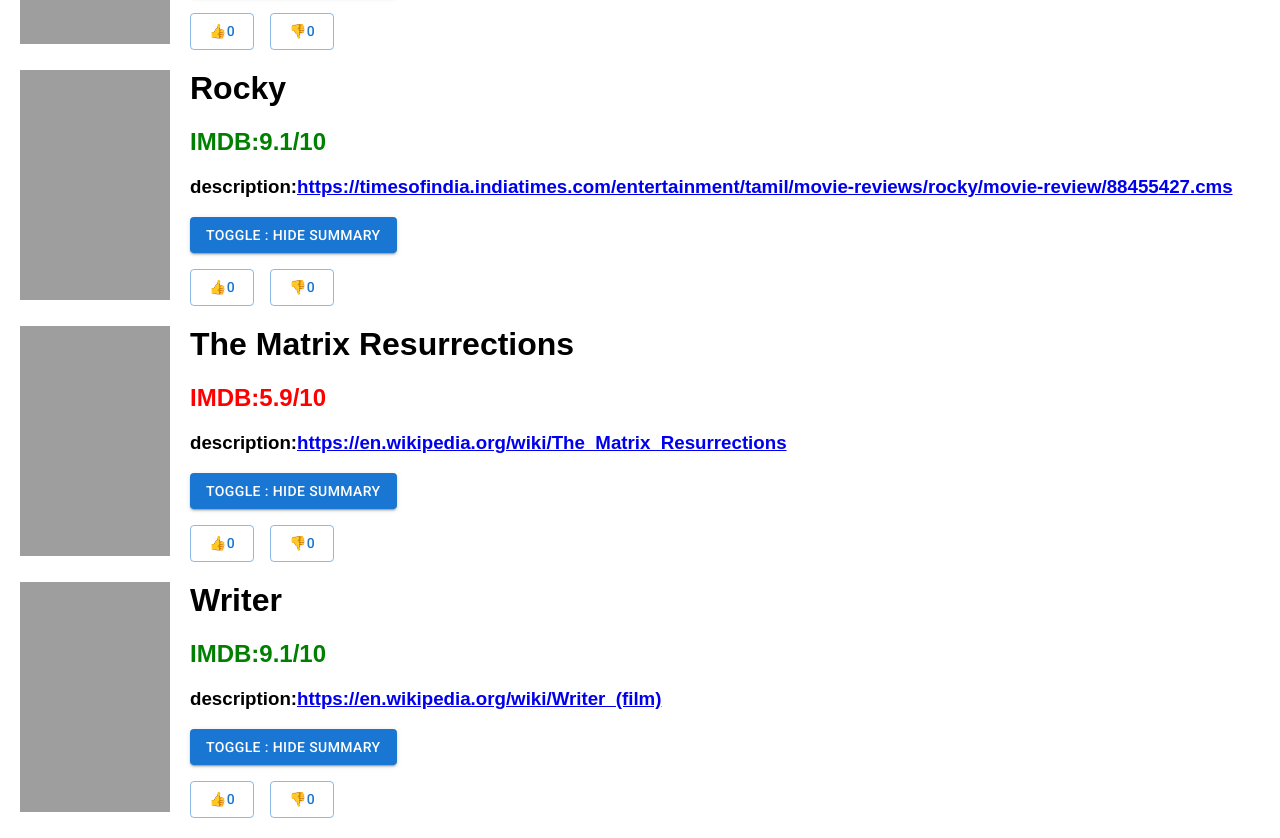
Repository: baladhinesh18/first-app
Page: /
An editor plug-in stored every save of this project. The page is shown before and after the next save, followed by the edit.
The browser window is 1280 px wide. The pictures show the part of the page from y = 501 to 1453 px (the page is 1339 px tall before and 1453 px after).
Pictures or frames that could not be fetched are drawn as grey boxes. The project was rebuilt for these pictures with package versions that can differ from the ones it lists, and the page was loaded fresh each time.

Above is the page before, as saved 2022-01-07 13:26:31.

### public/index.html
<!DOCTYPE html>
<html lang="en">
  <head>
    <meta charset="utf-8" />
    <!-- <link rel="icon" href="%PUBLIC_URL%/favicon.ico" /> -->
    <meta name="viewport" content="width=device-width, initial-scale=1" />
    <meta name="theme-color" content="#000000" />
    <meta
      name="description"
      content="Web site created using create-react-app"
    />
    <!-- <link rel="apple-touch-icon" href="%PUBLIC_URL%/logo192.png" /> -->
    <!--
      manifest.json provides metadata used when your web app is installed on a
      user's mobile device or desktop. See https://developers.google.com/web/fundamentals/web-app-manifest/
    -->
    <!-- <link rel="manifest" href="%PUBLIC_URL%/manifest.json" /> -->
    <!--
      Notice the use of %PUBLIC_URL% in the tags above.
      It will be replaced with the URL of the `public` folder during the build.
      Only files inside the `public` folder can be referenced from the HTML.

      Unlike "/favicon.ico" or "favicon.ico", "%PUBLIC_URL%/favicon.ico" will
      work correctly both with client-side routing and a non-root public URL.
      Learn how to configure a non-root public URL by running `npm run build`.
    -->
    <link
  rel="stylesheet"
  href="https://fonts.googleapis.com/css?family=Roboto:300,400,500,700&display=swap"
/>
<link
  rel="stylesheet"
  href="https://fonts.googleapis.com/icon?family=Material+Icons"
/>
    <title>New Movies</title>
  </head>
  <body>
    <noscript>You need to enable JavaScript to run this app.</noscript>
    <div id="root"></div>
    <!--
      This HTML file is a template.
      If you open it directly in the browser, you will see an empty page.

      You can add webfonts, meta tags, or analytics to this file.
      The build step will place the bundled scripts into the <body> tag.

      To begin the development, run `npm start` or `yarn start`.
      To create a production bundle, use `npm run build` or `yarn build`.
    -->
  </body>
</html>

### src/App.js

import './App.css';
import {useState} from "react";
import Button from '@mui/material/Button';
function App() {
  let users = [
    {
      name: "JaiBheem",
      url:
      "https://encrypted-tbn3.gstatic.com/images?q=tbn:ANd9GcQm8U_-RJoMKrgvpIVLbDV8ovuHIp-p_Ls5I7WHaXJUUCbhjQVd",
      rating:"9.4",
      summary:"https://en.wikipedia.org/wiki/Jai_Bhim_(film)"
    },
    {
      name: "Spiderman-No Way Home",
      url:
      "https://www.thehindubusinessline.com/news/variety/4sw3ar/article37984362.ece/ALTERNATES/PORTRAIT_355/Spider-Man---No-Way-Home-Poster-Pic-Credit---Marvel",
      rating:"8.9",
      summary:"https://en.wikipedia.org/wiki/Spider-Man:_No_Way_Home"
    },
    {
      name: "Rocky",
      url:
      "https://static.toiimg.com/thumb/msid-88435003,width-219,height-317,imgsize-16192/88435003.jpg",
      rating:"9.1",
      summary:"https://timesofindia.indiatimes.com/entertainment/tamil/movie-reviews/rocky/movie-review/88455427.cms"
    },
    {
      name: " The Matrix Resurrections",
      url:
      "https://encrypted-tbn0.gstatic.com/images?q=tbn:ANd9GcQHjE4eApjpFWlpAdiC_aFG2FkfvimiGW0TK4mB-hc_T4Uitj9J",
      rating:"5.9",
      summary:"https://en.wikipedia.org/wiki/The_Matrix_Resurrections"
    },
    {
      name: "Writer",
      url:
      "https://static.moviecrow.com/gallery/20210414/185058-Ey6W3Z2VoAMu4P2%20(1).jpg",
      rating:"9.1",
      summary:"https://en.wikipedia.org/wiki/Writer_(film)"
    }
  ];
  return (
    <div className="App">
     <h1 className="lor">Movie List</h1>
      {users.map(({ name, url ,rating,summary}) => (
        <Starting key={url} nme={name} ur={url} rat={rating} des={summary} >
        </Starting>
      ))}
      {/* <Counter/> */}
    </div>
  );
}
function Counter(){
const [like,setLike]=useState(0);
const[dislike,setDislike]=useState(0);
return(
  <div className="vacls">
  <Button onClick={()=>setLike(like+1)}   variant="outlined" style={{margin:'0 1rem 0 0 '}}>👍{like}</Button>
  <Button onClick={()=>setDislike(dislike+1)}   variant="outlined" >👎{dislike}</Button>
  {/* <h1>{like}</h1> */}
  </div>
)}

function Starting({ nme, ur,rat,des }) {
const styles={color: rat>=8.5? "green":"red"};
const[isHide,setIsHide]=useState(true);

  return (
    <div>
    <div className="ro">
     <img src={ur} className="mg" alt={nme} />
      <div className="col">
      <h1> {nme}</h1>
      <h2 style={styles}>IMDB:{rat}/10</h2>
      { isHide?<h3>description:<a href={des}>{des}</a></h3>:null}
      {/* <h3>description:<a href={des}>{des}</a></h3> */}
      <div>
    <Button onClick={()=>setIsHide(!isHide)} variant="contained">Toggle : Hide summary</Button>
    </div>
    <Counter/>
      </div>
    </div>
    </div>
  );
}

// function ColorBox(){

// }

export default App;

### src/App.css
.App {
  font-family: sans-serif;
  text-align: center;
}
.mg {
  height: 230px;
  width: 150px;
  object-fit: center;
}
.ro{
display: flex;
flex-direction: row;
margin-left: 20px;
margin-bottom: 20px;
}
.col{
  display:flex;
  flex-direction: column;
  align-items: flex-start;
margin-left: 20px;
}
.lor{
color:orange;
}
h1,h2,h3{
  margin-top: 0px;
  gap: 1rem;
}
button{
  margin-bottom: 1rem;
}
.vacls{
margin-top: 1rem;
margin-right: 1rem;
}

Loaded but not shown: src/index.js (common file); src/index.css (common file); src/reportWebVitals.js (common file)

After the next save:
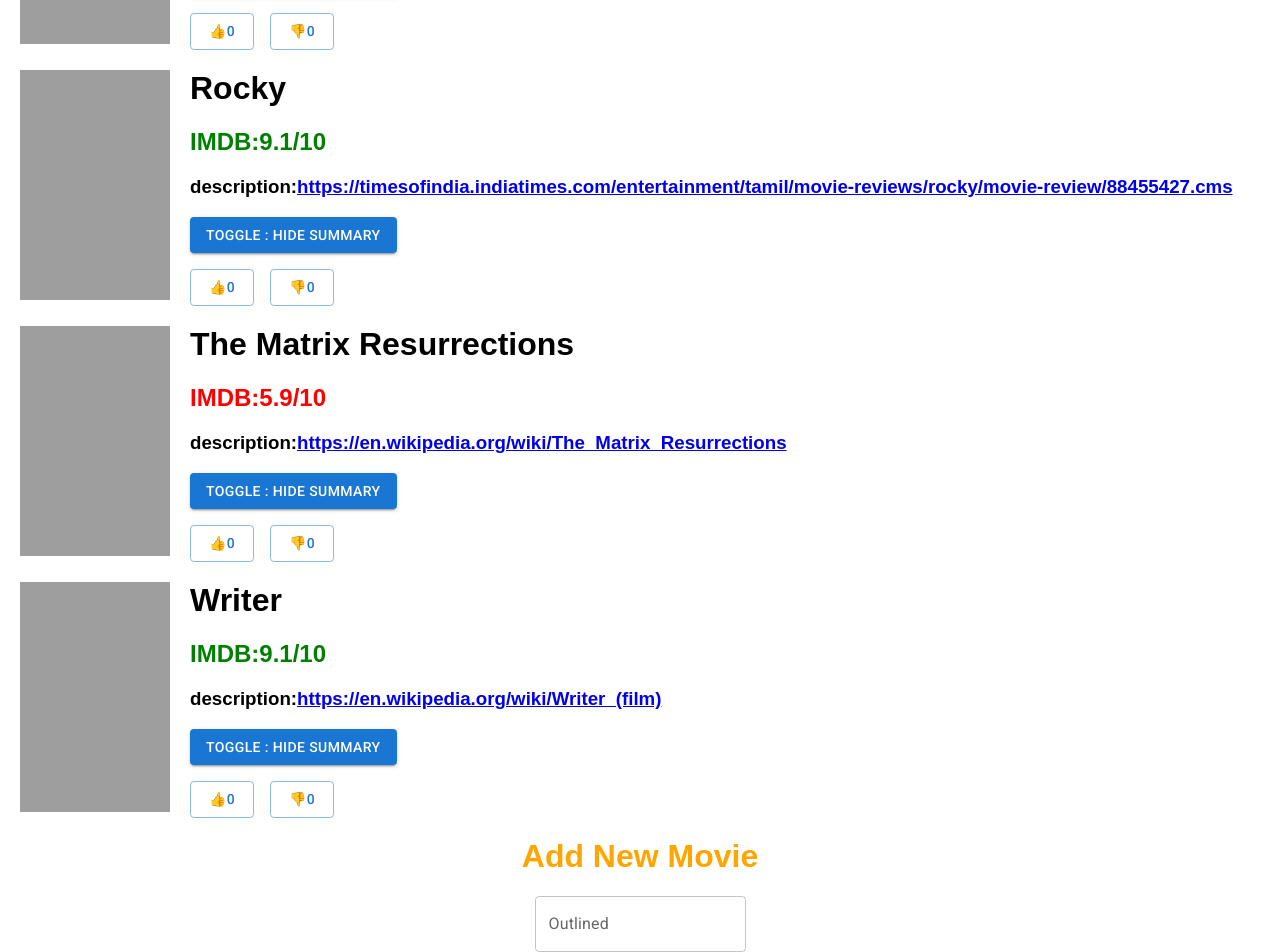
Saved 7 min 14 s later.
--- a/src/App.js
+++ b/src/App.js
@@ -2,6 +2,7 @@
 import './App.css';
 import {useState} from "react";
 import Button from '@mui/material/Button';
+import TextField from '@mui/material/TextField';
 function App() {
   let users = [
     {
@@ -47,6 +48,8 @@
         <Starting key={url} nme={name} ur={url} rat={rating} des={summary} >
         </Starting>
       ))}
+      <h1 className="lor">Add New Movie</h1>
+      <TextField id="outlined-basic" label="Outlined" variant="outlined" />
       {/* <Counter/> */}
     </div>
   );
